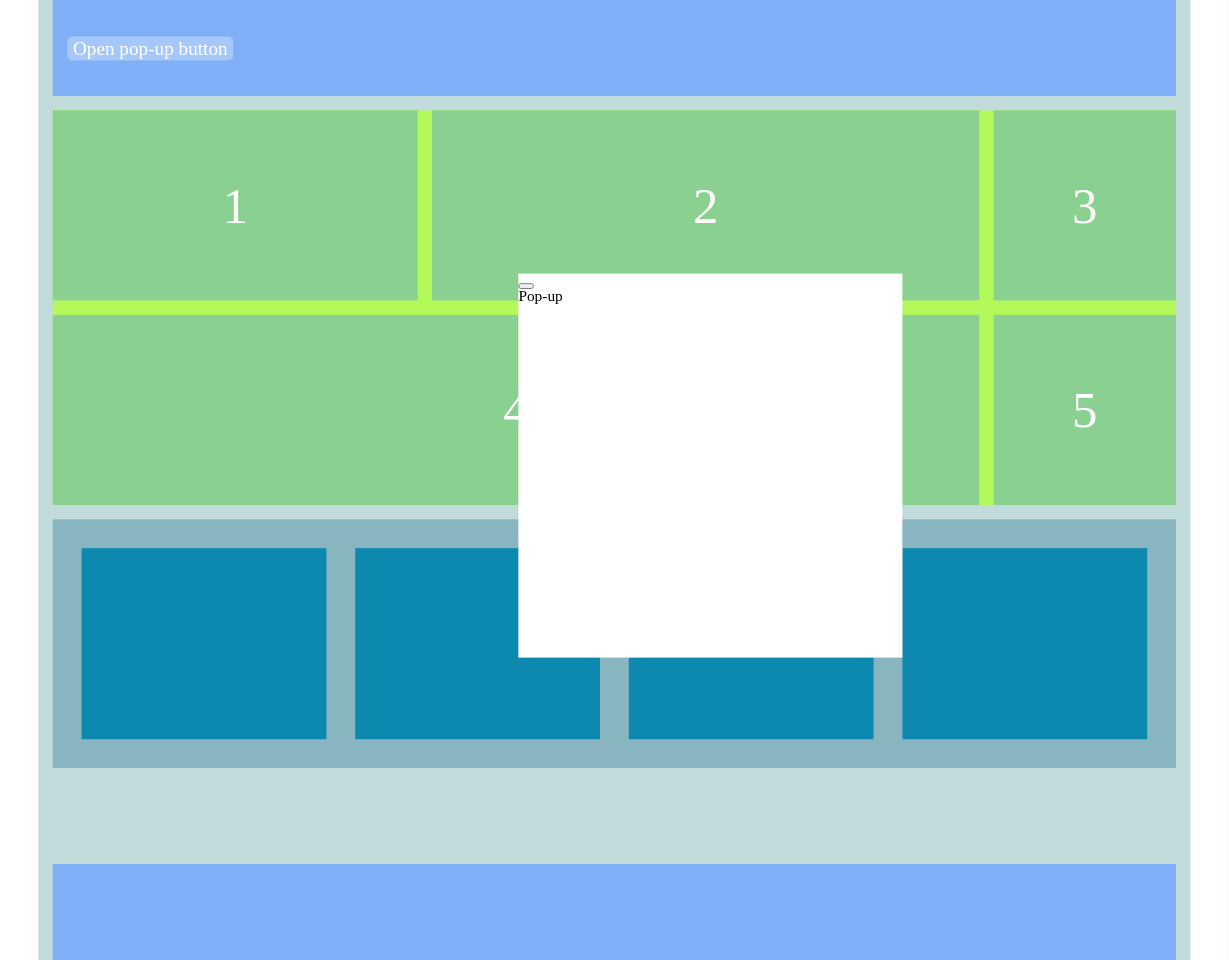
Repository: Evgenius190999999/nodasoft
Page: index.html
An editor plug-in stored every save of this project. The page is shown before and after the next save, followed by the edit.
The browser window is 1280 px wide. The pictures show the whole page, at 96% of full size.
Some web libraries are served in a nearby version. The style sheet was rebuilt from its Sass, Less or Tailwind sources for each picture, by a compiler version that may differ from the author's.

Above is the page before, as saved 2022-07-08 18:40:06.

After the next save:
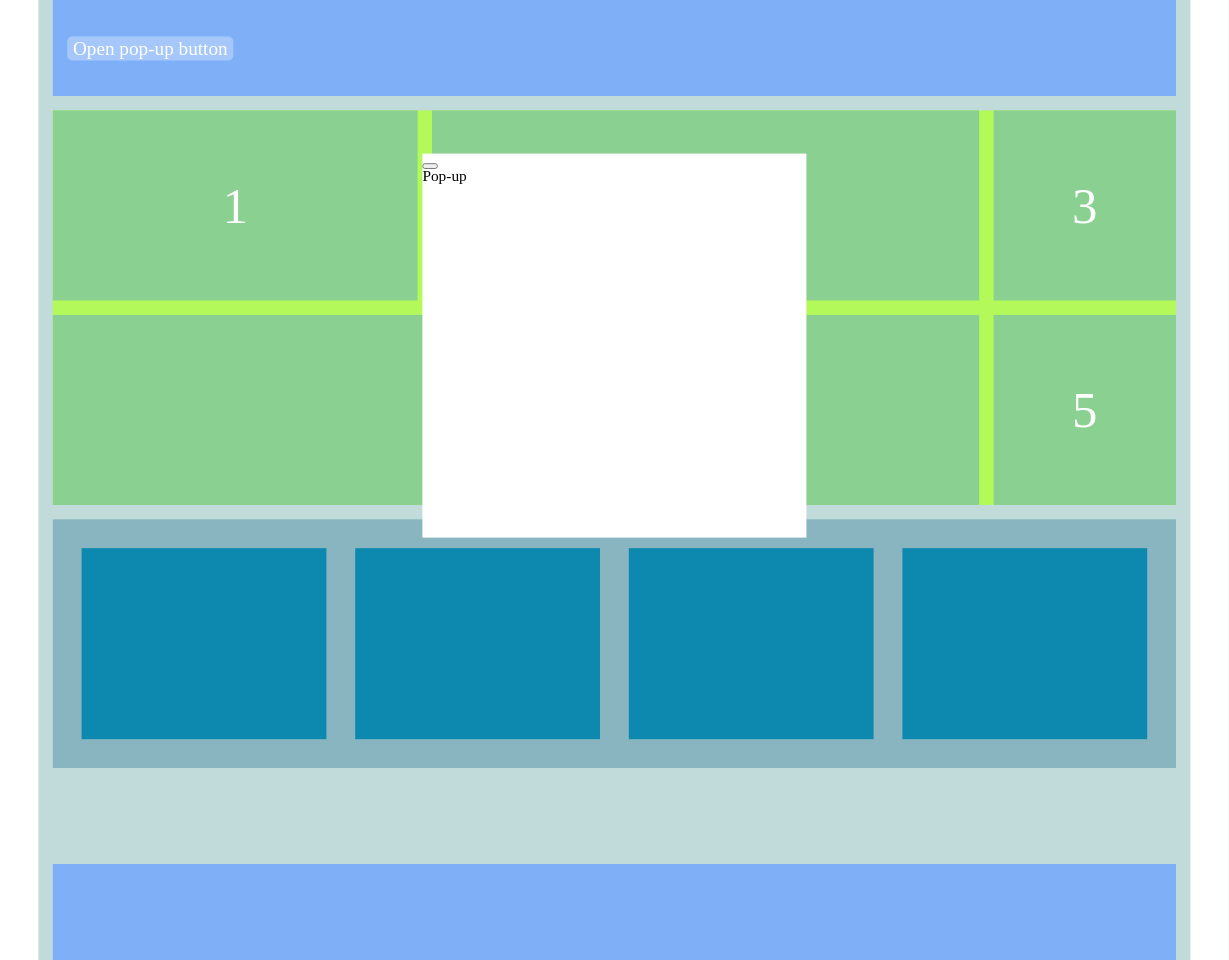
Saved 24 s later.
--- a/style/sass/style.sass
+++ b/style/sass/style.sass
@@ -81,8 +81,7 @@
     background: #FFFFFF
     top: 50%
     left: 50%
-    margin-left: -100px
-    margin-top: -75px
+    transform: translate(-50%, -50%)
     z-index: 100
     &__close
 
